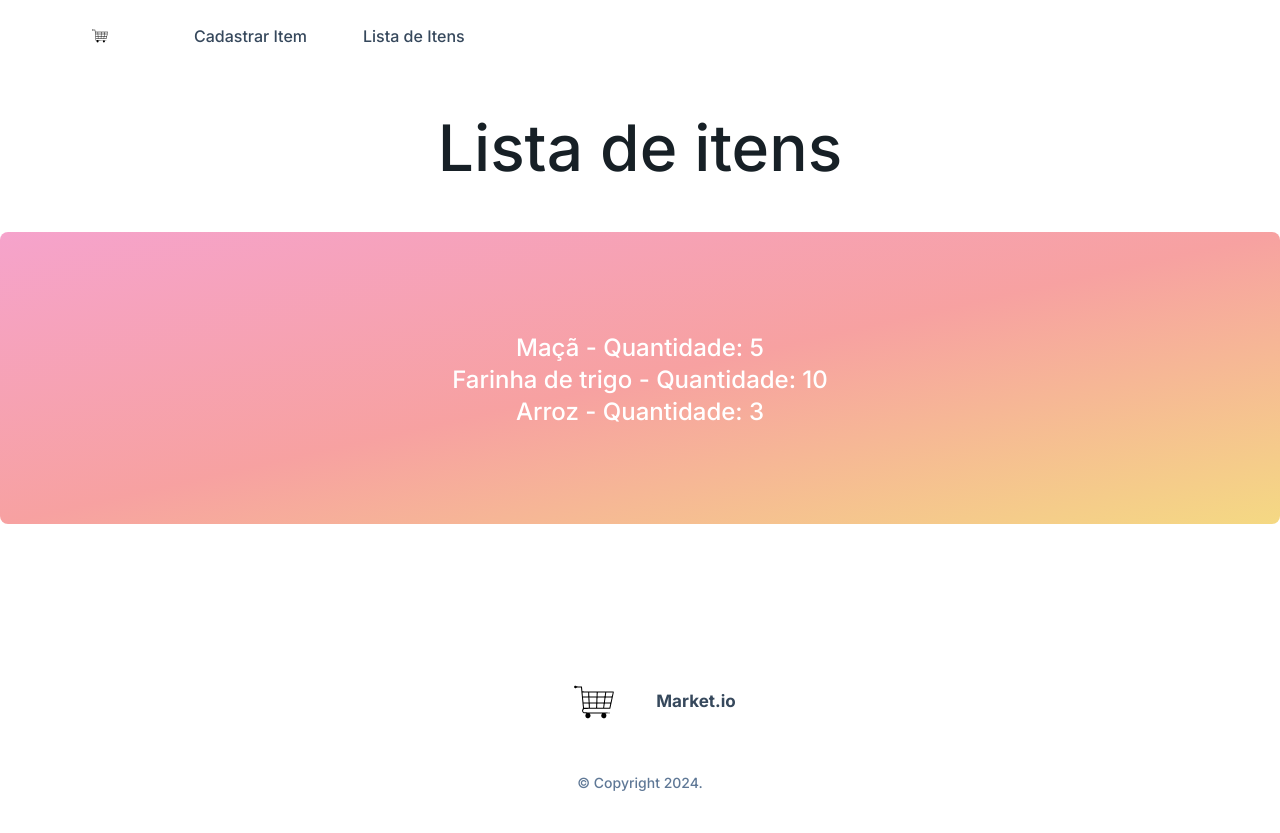
Repository: saraalves09/Avaliacao-01
Page: /list
These files come from the project's save history. The page is drawn as it stood at one moment and after the next save; the edit follows.
The browser window is 1280 px wide. The pictures show the whole page.
The project was rebuilt for these pictures with package versions that can differ from the ones it lists, and the page was loaded fresh each time. The framework's server and built-in components were replaced by stand-ins that run in the browser. Also part of the build but not shown: next.config.mjs.

Above is the page before, as saved 2024-04-23 22:15:21.

### app/layout.tsx
import type { Metadata } from "next";
import { Inter } from "next/font/google";
import "./globals.css";

const inter = Inter({ subsets: ["latin"] });

export const metadata: Metadata = {
  title: "market.io",
  description: "Generated by create next app",
};

export default function RootLayout({
  children,
}: Readonly<{
  children: React.ReactNode;
}>) {
  return (
    <html lang="en">
      <body className={inter.className}>{children}</body>
    </html>
  );
}

### app/list/page.tsx
import { Footer } from "../components/Footer";
import { Navbar } from "../components/Navbar";
import { List } from "../components/List"

export default function Home() {
  return (
    <>
      <Navbar />
      <List/>
      <Footer />
    </>
  );
}

### app/components/Footer.tsx
import Image from "next/image";
import Logo from "../../public/assets/Logo.svg";

export function Footer() {
  return (
    <div className="pt-[80px] pb-[40px]">
      <div className="flex items-center justify-center gap-x-[12px]">
      <Image src={Logo} alt="Logo" style={{ width: '100px', height: 'auto' }} />
        <p className="font-bold text-[#36485C] text-[17px]">Market.io</p>
      </div>

      <p className="pt-[56px] text-center text-[14px] font-medium text-[#5F7896] sm:pt-5">
        © Copyright 2024.
      </p>
    </div>
  );
}

### app/components/Navbar.tsx
import Image from "next/image";
import Logo from "../../public/assets/Logo.svg";
import Menu from "../../public/assets/Menu.svg";
import Link from 'next/link';

const navLinks = [
  { name: "Cadastrar Item", path: '/' },
  { name: "Lista de Itens", path: '/list/'},
];

export function Navbar() {
  return (
    <nav className="flex w-full items-center justify-between px-[20px] py-[16px] lg:container lg:mx-auto lg:px-20">
      <div className="flex items-center">
      <Image src={Logo} alt="Logo" className="w-10 h-auto" />
        <div className="hidden lg:flex pl-[74px] gap-x-[56px]">
        {navLinks.map((link, index) => (
          <Link href={link.path} key={index}>
            <p className="text-[#36485C] font-medium">{link.name}</p>
          </Link>
        ))}
        </div>
      </div>
      <div className="flex gap-x-5">
        <Image src={Menu} alt="Menu Button" className="lg:hidden" />
      </div>
    </nav>
  );
}

### app/components/List.tsx
export function List() {
  return (
    <div className="pt-4 lg:pt-10">
    <div className="px-[20px] lg:px-[50px]">
    <h1 className="text-center text-[32px] leading-[40px] font-medium text-[#172026] lg:text-[64px] lg:leading-[72px]">
          Lista de itens
        </h1>
    </div>
    <div className="w-full rounded-lg bg-gradient-to-br from-pink-500/50 via-red-500/50 to-yellow-500/50 py-8 px-4 text-center lg:my-12 lg:px-10 lg:py-20">

      <div className="flex justify-center text-center text-[20px] text-white text-lg lg:text-2xl font-medium mb-2 lg:mb-4">
      <ul style={{ marginTop: '20px' }}>
          <li>Maçã - Quantidade: 5</li>
          <li>Farinha de trigo - Quantidade: 10</li>
          <li>Arroz - Quantidade: 3</li>
        </ul>
      </div>
      <div className="relative flex h-full w-full justify-center">
        <div className="px-[20px] lg:container lg:px-20 mx-auto"></div>
      </div>
    </div>
    </div>
  );
}

Loaded but not shown: app/globals.css (common file); tailwind.config.ts (common file)

After the next save:
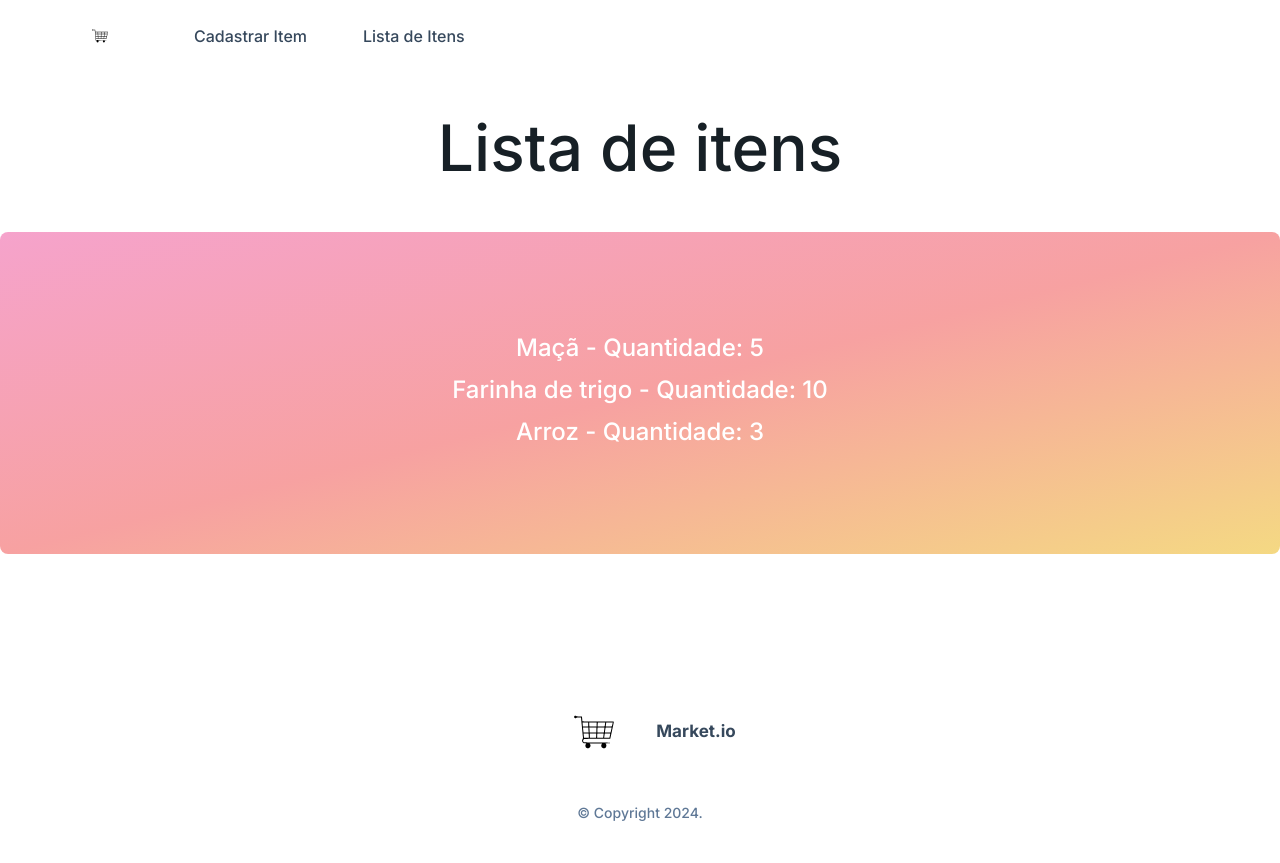
Saved 32 s later.
--- a/app/components/List.tsx
+++ b/app/components/List.tsx
@@ -9,11 +9,11 @@ export function List() {
     <div className="w-full rounded-lg bg-gradient-to-br from-pink-500/50 via-red-500/50 to-yellow-500/50 py-8 px-4 text-center lg:my-12 lg:px-10 lg:py-20">
 
       <div className="flex justify-center text-center text-[20px] text-white text-lg lg:text-2xl font-medium mb-2 lg:mb-4">
-      <ul style={{ marginTop: '20px' }}>
-          <li>Maçã - Quantidade: 5</li>
-          <li>Farinha de trigo - Quantidade: 10</li>
-          <li>Arroz - Quantidade: 3</li>
-        </ul>
+      <ul style={{ marginTop: '20px', paddingInlineStart: '0' }}>
+        <li style={{ marginBottom: '10px' }}>Maçã - Quantidade: 5</li>
+        <li style={{ marginBottom: '10px' }}>Farinha de trigo - Quantidade: 10</li>
+        <li style={{ marginBottom: '10px' }}>Arroz - Quantidade: 3</li>
+      </ul>
       </div>
       <div className="relative flex h-full w-full justify-center">
         <div className="px-[20px] lg:container lg:px-20 mx-auto"></div>
